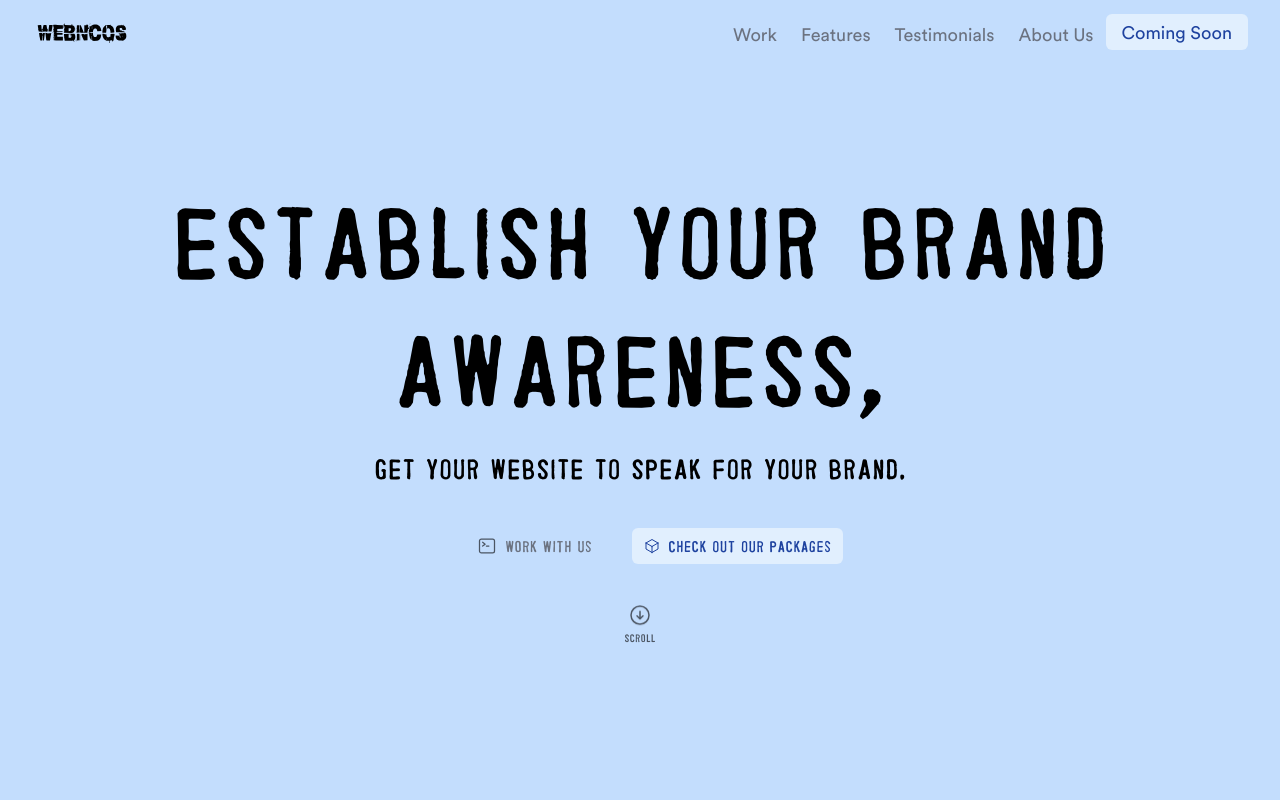
Repository: 1realjulius/webncos
Page: /
An editor plug-in stored every save of this project. The page is shown before and after the next save, followed by the edit.
The browser window is 1280 px wide. The pictures show the whole page.
The project was rebuilt for these pictures with package versions that can differ from the ones it lists, and the page was loaded fresh each time. The framework's server and built-in components were replaced by stand-ins that run in the browser. Also part of the build but not shown: next.config.js.

Above is the page before, as saved 2022-09-03 23:40:38.

### pages/index.tsx
import type { NextPage } from "next";
import Head from "next/head";
import MainHome from "../components/MainHome";
import NavigationBar from "../components/NavigationBar";

const Home: NextPage = () => {
  return (
    <div className="flex min-h-screen font-circularBook flex-col bg-blue-200">
      <Head>
        <title>Webncos</title>
        <meta
          name="description"
          content="Website and Software Development Agency."
        />
        <meta property="og:type" content="website" />
        <meta property="og:url" content="https://www.webncos.com/" />
        <meta
          property="og:title"
          content="Webncos — Website and Software Development Agency."
        />
        <meta
          property="og:description"
          content="Website and Software Development Agency."
        />
        {/* <meta property="og:image" content="/Assets/newmemoji.svg"/> */}
        {/* <meta property="twitter:card" content="/Assets/Julius_Eghan.jpg"/> */}
        <meta property="twitter:url" content="https://www.webncos.com/" />
        <meta
          property="twitter:title"
          content="Webncos — Website and Software Development Agency."
        />
        <meta
          property="twitter:description"
          content="Website and Software Development Agency."
        />
        {/* <meta property="twitter:image" content="/Assets/Julius_Eghan.jpg"/> */}
        <link rel="icon" href="/favicon.ico" />
        <link
          rel="apple-touch-icon"
          sizes="180x180"
          href="/apple-touch-icon.png"
        />
        <link
          rel="icon"
          type="image/png"
          sizes="32x32"
          href="/favicon-32x32.png"
        />
        <link
          rel="icon"
          type="image/png"
          sizes="16x16"
          href="/favicon-16x16.png"
        />
        {/* <meta name="google-site-verification" content="0HesePHVymRqGiL70HUKPIq0Zsap0uUIb_Ci0DpImRY" /> */}
        <meta
          name="theme-color"
          content="#2563eb"
          media="(prefers-color-scheme: light)"
        />
        <meta
          name="theme-color"
          content="#2563eb"
          media="(prefers-color-scheme: dark)"
        />
      </Head>
      <NavigationBar />
      <MainHome />
    </div>
  );
};

export default Home;

### styles/globals.css
@tailwind base;
@tailwind components;
@tailwind utilities;

@layer base{
      @font-face{
        font-family: 'ApercuBold';
        src: url("/Fonts/ApercuPro-Bold.woff") format("woff"),url("/Fonts/ApercuPro-Bold.woff2") format("woff2");
      }
      @font-face{
        font-family: 'ApercuMedium';
        src: url("/Fonts/ApercuPro-Medium.woff") format("woff"),url("/Fonts/ApercuPro-Medium.woff2") format("woff2");
      }
      @font-face{
        font-family: 'circularBlack';
        src: url("/Fonts/circular-black.woff2") format("woff2");
      }
      @font-face{
        font-family: 'circularBold';
        src: url("/Fonts/circular-bold.woff2") format("woff2");
      }
      @font-face{
        font-family: 'circularBook';
        src: url("/Fonts/circular-book.woff2") format("woff2");
      }
      @font-face{
        font-family: 'circularMedium';
        src: url("/Fonts/circular-medium.woff2") format("woff2");
      }
      @font-face{
        font-family: 'Parcel';
        src: url("/Fonts/parcel.woff2") format("woff2"), url("/Fonts/parcel.woff") format("woff");
      }
    }

### components/MainHome.tsx
import Link from "next/link";
import React from "react";
import Image from "next/image";
import FeatureImg from "/Assets/Julius_Eghan.jpg";
import FImg from "/Assets/Julius_Eghan.jpg";

const MainHome = () => {
  return (
    <div className="flex flex-col max-w-8xl font-Parcel">
      {/* header */}
      <div className="flex md:my-2 min-h-screen items-center justify-center flex-col font-Parcel">
        <div className=" flex flex-col items-center justify-center">
          <div className="pt-4 pb-2">
            <h1 className="text-6xl md:text-9xl text-center px-2 font-Parcel">
              ESTABLISH YOUR BRAND AWARENESS,
            </h1>
          </div>
          <div className="">
            <h2 className="text-2xl md:text-4xl px-2 py-2 font-Parcel">
              GET YOUR WEBSITE TO SPEAK FOR YOUR BRAND.
            </h2>
          </div>
          <div className="flex flex-col md:flex-row items-center py-6">
            <div className="px-10 py-1 my-2">
              <Link href="#">
                <div className="flex flex-row items-center space-x-2">
                  <span>
                    <svg
                      xmlns="http://www.w3.org/2000/svg"
                      fill="none"
                      viewBox="0 0 24 24"
                      stroke-width="1.5"
                      stroke="currentColor"
                      className="w-5 h-5 text-gray-600"
                    >
                      <path
                        stroke-linecap="round"
                        stroke-linejoin="round"
                        d="M6.75 7.5l3 2.25-3 2.25m4.5 0h3m-9 8.25h13.5A2.25 2.25 0 0021 18V6a2.25 2.25 0 00-2.25-2.25H5.25A2.25 2.25 0 003 6v12a2.25 2.25 0 002.25 2.25z"
                      />
                    </svg>
                  </span>
                  <h3 className="text-gray-500 hover:text-gray-900 cursor-pointer text-xl">
                    Work with us
                  </h3>
                </div>
              </Link>
            </div>
            <Link href="#">
              <div className="flex flex-row items-center space-x-2 px-3 py-1 rounded-md bg-blue-100 active:bg-blue-300 my-2 cursor-pointer">
                <span>
                  <svg
                    xmlns="http://www.w3.org/2000/svg"
                    fill="none"
                    viewBox="0 0 24 24"
                    stroke-width="1.5"
                    stroke="currentColor"
                    className="w-4 h-4 text-blue-800"
                  >
                    <path
                      stroke-linecap="round"
                      stroke-linejoin="round"
                      d="M21 7.5l-9-5.25L3 7.5m18 0l-9 5.25m9-5.25v9l-9 5.25M3 7.5l9 5.25M3 7.5v9l9 5.25m0-9v9"
                    />
                  </svg>
                </span>
                <h3 className="text-blue-800 text-xl">
                  Check Out Our Packages
                </h3>
              </div>
            </Link>
          </div>
        </div>
        <div className=" flex flex-col mt-2 items-center justify-center pb-4 mb-10">
          <span className="">
            <svg
              xmlns="http://www.w3.org/2000/svg"
              fill="none"
              viewBox="0 0 24 24"
              stroke-width="1.5"
              stroke="currentColor"
              className="w-6 h-6 animate-bounce text-gray-600"
            >
              <path
                stroke-linecap="round"
                stroke-linejoin="round"
                d="M9 12.75l3 3m0 0l3-3m-3 3v-7.5M21 12a9 9 0 11-18 0 9 9 0 0118 0z"
              />
            </svg>
          </span>
          <span className="text-sm text-gray-600">Scroll</span>
        </div>
      </div>
      {/* We develop brands */}
      <div className=" hidden flex-col bg-white p-4 px-4 md:px-24 items-center justify-center">
        <div className="py-2">
          <h1 className="text-4xl">WE DEVELOP WEBSITES AND SOFTWARES WITH..</h1>
        </div>
        <div className="p-2 flex flex-col md:flex-row border-2 border-blue-400 bg-blue-200 rounded-lg">
          <div className="flex flex-row">
            <div className="p-2 text-center">
              <div className="flex flex-col items-center">
                <div className="items-center flex flex-row text-center">
                  <svg
                    fill="none"
                    xmlns="http://www.w3.org/2000/svg"
                    className="h-8 w-8 flex-none stroke-slate-400"
                    strokeWidth="1.5"
                    strokeLinecap="round"
                    strokeLinejoin="round"
                  >
                    <defs>
                      <linearGradient
                        id="next-icon-gradient"
                        x1="14.875"
                        y1="18"
                        x2="24"
                        y2="27.125"
                        gradientUnits="userSpaceOnUse"
                      >
                        <stop offset=".24" stopColor="#94A3B8"></stop>
                        <stop
                          offset="1"
                          stopColor="#94A3B8"
                          stopOpacity="0"
                        ></stop>
                      </linearGradient>
                    </defs>
                    <circle
                      cx="16"
                      cy="16"
                      r="12.25"
                      stroke="#94A3B8"
                      strokeWidth="1.5"
                      strokeLinecap="round"
                      strokeLinejoin="round"
                    ></circle>
                    <path
                      d="M11.75 21.25v-9.5L24 26"
                      stroke="url(#next-icon-gradient)"
                      strokeWidth="1.5"
                      strokeLinecap="round"
                      strokeLinejoin="round"
                    ></path>
                    <path
                      d="M21 11.75a.75.75 0 0 0-1.5 0v4.172l1.5 1.64V11.75Z"
                      fill="#94A3B8"
                      strokeWidth="0"
                    ></path>
                  </svg>
                  <span className="ml-2.5 font-cadizMedium">Next.js</span>
                </div>
              </div>
              <div>
                <p className="text- base md:text-xl">
                  The React Framework that makes developing
                  websites super functional.
                </p>
              </div>
            </div>
            <div className="p-2 text-center">
              <div className="flex flex-col items-center">
                <div className="flex flex-row items-center">
                  <svg
                    fill="none"
                    xmlns="http://www.w3.org/2000/svg"
                    className="animate-spin h-8 w-8 flex-none stroke-blue-400"
                    strokeWidth="1.5"
                    strokeLinecap="round"
                    strokeLinejoin="round"
                  >
                    <ellipse cx="16" cy="16" rx="13" ry="5"></ellipse>
                    <ellipse
                      cx="16"
                      cy="16"
                      rx="13"
                      ry="5"
                      transform="rotate(60 16 16)"
                    ></ellipse>
                    <ellipse
                      rx="13"
                      ry="5"
                      transform="matrix(-.5 .86603 .86603 .5 16 16)"
                    ></ellipse>
                    <circle cx="16" cy="16" r="2"></circle>
                  </svg>
                  <span className="ml-2.5 font-cadizMedium">React Native</span>
                </div>
              </div>
              <div>
                <p className="text- base md:text-xl">
                React Native combines the best parts of native development with React.
                </p>
              </div>
            </div>
          </div>
          <div className=" flex flex-row">
            <div className="p-2 text-center">
              <div className=" flex flex-col items-center">
                <div className="items-center flex space-x-2">
                  <Image
                    src="/Assets/swift_icon.png"
                    width={24}
                    height={24}
                    alt="webncos logo"
                    className=""
                  />
                  <span>SWIFT</span>
                </div>
              </div>
              <div>
                <p className="text- base md:text-xl">
                  Swift. A powerful open language that lets everyone build
                  amazing apps.
                </p>
              </div>
            </div>
            <div className="p-2 text-center">
              <div className="mx-2">
                <div className="flex flex-col items-center">
                  <span>
                    <svg
                      width="60"
                      height="18"
                      viewBox="0 0 89 23"
                      fill="none"
                      xmlns="http://www.w3.org/2000/svg"
                    >
                      <path
                        d="M28.495 8.724C28.495 7.124 26.96 5.446 24.292 5.446C21.3 5.446 18.015 7.649 17.512 12.046C16.998 16.486 19.749 18.459 22.522 18.459C25.295 18.459 26.747 17.374 28.232 15.927C26.955 14.317 25.306 15.061 24.99 15.225C24.4669 15.5165 23.8745 15.6606 23.276 15.642C22.206 15.642 21.114 15.16 21.114 13.154C27.97 12.474 28.494 10.314 28.494 8.724H28.495ZM25.097 8.987C25.053 9.48 24.857 10.324 21.385 10.797C22.115 8.187 23.515 7.991 24.158 7.991C24.2883 7.98505 24.4184 8.00722 24.5394 8.056C24.6604 8.10478 24.7694 8.17903 24.8592 8.27371C24.9489 8.36839 25.0172 8.48127 25.0595 8.6047C25.1017 8.72812 25.1169 8.85919 25.104 8.989L25.097 8.987ZM13.485 9.415L11.891 14.447L10.766 5.71C8.256 5.71 6.906 7.508 6.202 9.404L4.258 14.458L3.985 9.458C3.837 7.134 1.715 5.72 0 5.72L2.074 18.36C4.704 18.35 6.124 16.562 6.867 14.666L8.511 10.369C8.526 10.544 9.647 18.361 9.647 18.361C12.289 18.361 13.709 16.684 14.47 14.853L18.17 5.721C15.565 5.721 14.192 7.508 13.483 9.415H13.485ZM38.191 5.415C36.564 5.415 35.321 6.303 34.271 7.607V7.597L35.209 0C33.047 0 31.289 1.886 30.951 4.692L29.325 18.262C30.57 18.262 31.891 17.9 32.601 16.979C33.235 17.801 34.184 18.459 35.593 18.459C39.239 18.459 41.74 14.206 41.74 10.215C41.718 6.575 39.96 5.425 38.202 5.425L38.191 5.415ZM37.851 11.938C37.471 14.163 36.235 15.676 35.046 15.676C33.857 15.676 33.332 15.139 33.332 15.139C33.562 13.189 33.704 11.993 34.14 10.962C34.576 9.931 35.614 8.287 36.695 8.287C37.755 8.287 38.235 9.701 37.852 11.937L37.851 11.938ZM50.833 5.711H48.289L48.299 5.579C48.474 3.913 48.867 3.036 50.163 2.893C51.048 2.805 51.441 2.345 51.539 1.841L51.856 0.0760002C46.756 0.0430002 45.142 2.256 44.731 5.634L44.721 5.711H44.666C43.836 5.711 42.92 6.654 42.766 7.849L42.711 8.287H44.415L42.985 20.147L42.547 22.274C42.602 22.274 42.667 22.284 42.721 22.284C45.111 22.196 46.641 20.3 46.979 17.548L48.095 8.285H48.895C49.681 8.285 50.599 7.495 50.759 6.18L50.833 5.711ZM64.065 5.491C61.128 5.491 58.355 7.661 57.505 11.071C56.655 14.481 57.943 18.514 62.265 18.514C66.587 18.514 69.062 14.314 69.062 10.818C69.066 7.343 66.72 5.49 64.066 5.49L64.065 5.491ZM65.255 11.827C65.103 13.373 64.425 15.719 62.569 15.719C60.713 15.719 60.964 12.979 61.144 11.674C61.341 10.282 62.116 8.298 63.786 8.298C65.288 8.298 65.429 10.085 65.256 11.828L65.255 11.827ZM83.575 9.404L81.981 14.436C81.938 14.041 80.857 5.699 80.857 5.699C78.347 5.699 77.003 7.497 76.299 9.393L74.355 14.447C74.345 14.085 74.082 9.447 74.082 9.447C73.924 7.123 71.804 5.709 70.082 5.709L72.145 18.349C74.775 18.339 76.195 16.551 76.938 14.655L78.576 10.358C78.586 10.533 79.712 18.35 79.712 18.35C82.354 18.35 83.768 16.673 84.535 14.842L88.238 5.71C85.64 5.71 84.264 7.497 83.565 9.404H83.575ZM53.235 0.0740013L51.095 17.404L50.657 19.542C50.711 19.542 50.777 19.552 50.831 19.552C53.133 19.519 54.771 17.492 55.078 14.937L56.311 4.994C56.685 1.957 54.884 0.0720005 53.235 0.0720005V0.0740013Z"
                        fill="#4353FF"
                      />
                    </svg>
                  </span>
                </div>
              </div>
              <div>
                <p className="text- base md:text-xl">
                  Webflow is an asome no-code solution we have for our clients.
                </p>
              </div>
            </div>
          </div>
        </div>
      </div>
      {/* Fameworks Used */}
      <div className="hidden py-12 ">
        <div className="flex flex-col items-center justify-center mx-4">
          <h1 className="text-5xl py-2 flex items-baseline">
            <p className="text-lg px-1">We're</p> SOLUTIONS ORIENTED
          </h1>
          <p className="text-center text-2xl md:text-3xl md:px-14">
            We’re specialists, not generalists. Our company was built to provide
            deep expertise in digital channels that are extremely complex, and
            changing daily. We offer integrated solutions with unique services
            and deliverables tailored to unlock full-funnel growth.
          </p>
        </div>
      </div>
      {/* Services We offer (Features) */}
      <div></div>
      {/* Testimonials */}
      <div></div>
      {/* FAQs */}
      <div></div>
      {/* Other Sections */}
      <div></div>
    </div>
  );
};

export default MainHome;

### components/NavigationBar.tsx
/* This example requires Tailwind CSS v2.0+ */
import { Fragment } from "react";
import { Disclosure, Menu, Transition } from "@headlessui/react";
import { BellIcon, MenuIcon, XIcon } from "@heroicons/react/outline";
import Link from "next/link";
import Image from "next/image";

function classNames(...classes: string[]) {
  return classes.filter(Boolean).join(" ");
}

export default function NavigationBar() {
  return (
    <Disclosure as="nav" className="bg-blue-200">
      {({ open }) => (
        <>
          <div className="max-w-7xl mx-auto px-4 sm:px-6 lg:px-8">
            <div className="flex justify-between h-16">
              <div className="flex">
                <div className="flex-shrink-0 flex items-center">
                  {/* the logo */}
                  <Link href="#">
                    <Image
                      src="/Assets/webncos-logo-lg.svg"
                      width={100}
                      height={22}
                      alt="webncos logo"
                      className=""
                    />
                  </Link>
                </div>
                <div className="hidden sm:ml-6 sm:flex sm:space-x-8"></div>
              </div>
              <div className="hidden sm:ml-6 sm:flex sm:items-center">
                <a
                  href="#"
                  className="text-gray-500 text-lg hover:text-gray-900 inline-flex items-center px-3 pt-1 "
                >
                  Work
                </a>
                <a
                  href="#"
                  className="text-gray-500 text-lg hover:text-gray-900 inline-flex items-center px-3 pt-1 "
                >
                  Features
                </a>
                <a
                  href="#"
                  className=" text-gray-500 hover:text-gray-900 inline-flex items-center px-3 pt-1  text-lg"
                >
                  Testimonials
                </a>
                <a
                  href="#"
                  className=" text-gray-500 hover:text-gray-900 inline-flex items-center px-3 pt-1  text-lg"
                >
                  About Us
                </a>
                <Link href="#">
                  <div className="px-4 py-1 bg-blue-100 active:bg-blue-300 rounded-md cursor-pointer">
                    <h2 className="text-blue-800 text-lg">Coming Soon</h2>
                  </div>
                </Link>
              </div>
              <div className="-mr-2 flex items-center sm:hidden">
                {/* Mobile menu button */}
                <Disclosure.Button className="inline-flex items-center justify-center p-2 rounded-full text-black hover:text-blue-800 hover:bg-blue-300 ">
                  <span className="sr-only">Open main menu</span>
                  {open ? (
                    <XIcon className="block h-6 w-6" aria-hidden="true" />
                  ) : (
                    <MenuIcon className="block h-6 w-6" aria-hidden="true" />
                  )}
                </Disclosure.Button>
              </div>
            </div>
          </div>

          <Disclosure.Panel className="sm:hidden border-2 border-blue-400 bg-blue-300 rounded-lg px-2 mx-2">
            <div className="flex flex-col pt-2 space-y-1 items-center">
              <a
                className="hover:bg-blue-200 w-full text-center py-2 rounded-md text-lg"
                href="#"
              >
                Work
              </a>
              <a
                className="hover:bg-blue-200 w-full text-center py-2 rounded-md text-lg"
                href="#"
              >
                Features
              </a>
              <a
                className="hover:bg-blue-200 w-full text-center py-2 rounded-md text-lg"
                href="#"
              >
                Testimonials
              </a>
              <a
                className="hover:bg-blue-200 w-full text-center py-2 rounded-md text-lg"
                href="#"
              >
                About Us
              </a>
            </div>
            <div className="flex py-2 items-center justify-center">
              <Link href="#">
                <div className="px-3 py-1 bg-blue-100 active:bg-blue-300 rounded-md cursor-pointer">
                  <h2 className="text-blue-800 text-lg">Coming Soon</h2>
                </div>
              </Link>
            </div>
          </Disclosure.Panel>
        </>
      )}
    </Disclosure>
  );
}

### tailwind.config.js
/** @type {import('tailwindcss').Config} */
module.exports = {
  content: [
    './pages/**/*.{js,ts,jsx,tsx}',
    './components/**/*.{js,ts,jsx,tsx}',
    "./node_modules/flowbite-react/**/*.js",
  ],
  theme: {
    extend: {
      fontFamily: {
        ApercuBold: 'ApercuBold, sans',
        ApercuMedium: 'ApercuMedium, sans',
        circularBlack: 'circularBlack, sans',
        circularBold: 'circularBold, sans',
        circularBook: 'circularBook, sans',
        circularMedium: 'circularMedium, sans',
        Parcel: 'Parcel, Parcel',
      },
    },
  },
  plugins: [
    require("flowbite/plugin")
  ],
}

Loaded but not shown: pages/_app.tsx (common file); pages/api/hello.ts (common file)

After the next save:
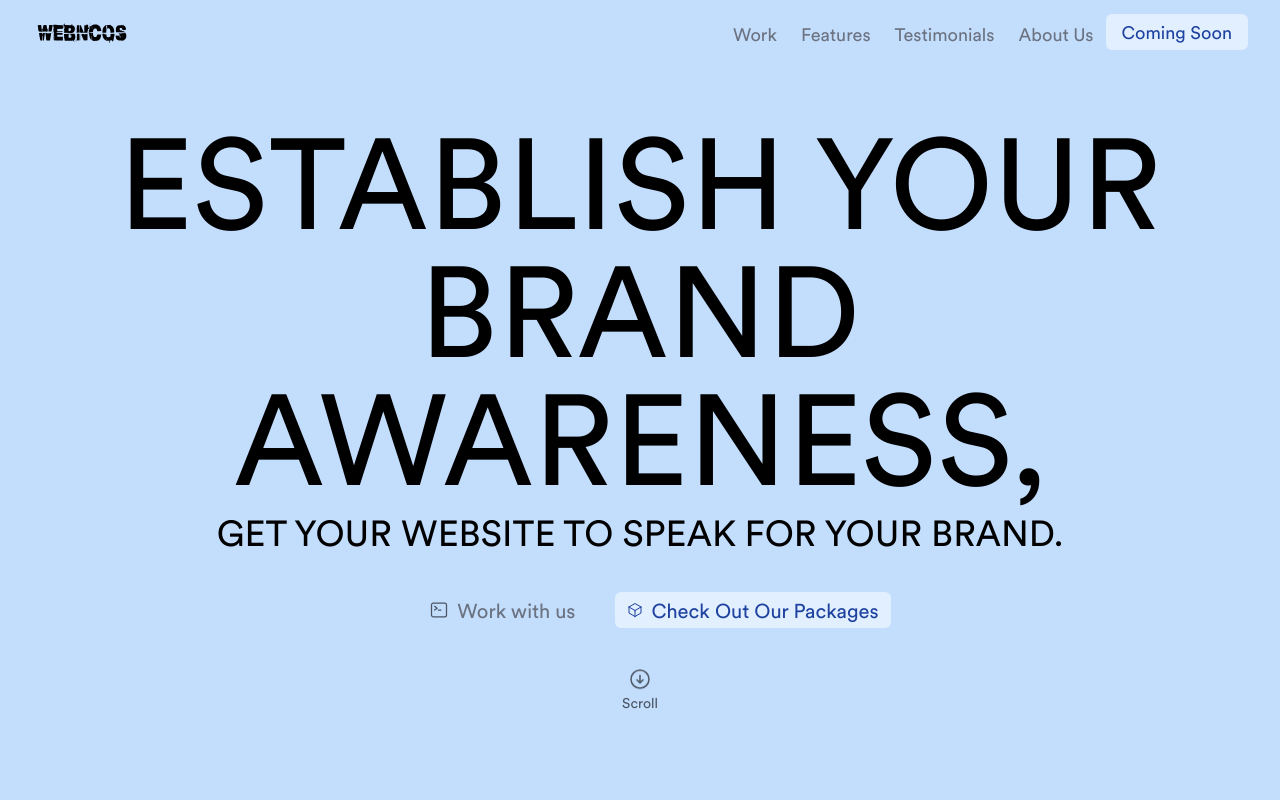
Saved 21 s later.
--- a/components/MainHome.tsx
+++ b/components/MainHome.tsx
@@ -6,17 +6,17 @@ import FImg from "/Assets/Julius_Eghan.jpg";
 
 const MainHome = () => {
   return (
-    <div className="flex flex-col max-w-8xl font-Parcel">
+    <div className="flex flex-col max-w-8xl">
       {/* header */}
-      <div className="flex md:my-2 min-h-screen items-center justify-center flex-col font-Parcel">
+      <div className="flex md:my-2 min-h-screen items-center justify-center flex-col">
         <div className=" flex flex-col items-center justify-center">
           <div className="pt-4 pb-2">
-            <h1 className="text-6xl md:text-9xl text-center px-2 font-Parcel">
+            <h1 className="text-6xl md:text-9xl text-center px-2">
               ESTABLISH YOUR BRAND AWARENESS,
             </h1>
           </div>
           <div className="">
-            <h2 className="text-2xl md:text-4xl px-2 py-2 font-Parcel">
+            <h2 className="text-2xl md:text-4xl px-2 py-2">
               GET YOUR WEBSITE TO SPEAK FOR YOUR BRAND.
             </h2>
           </div>
